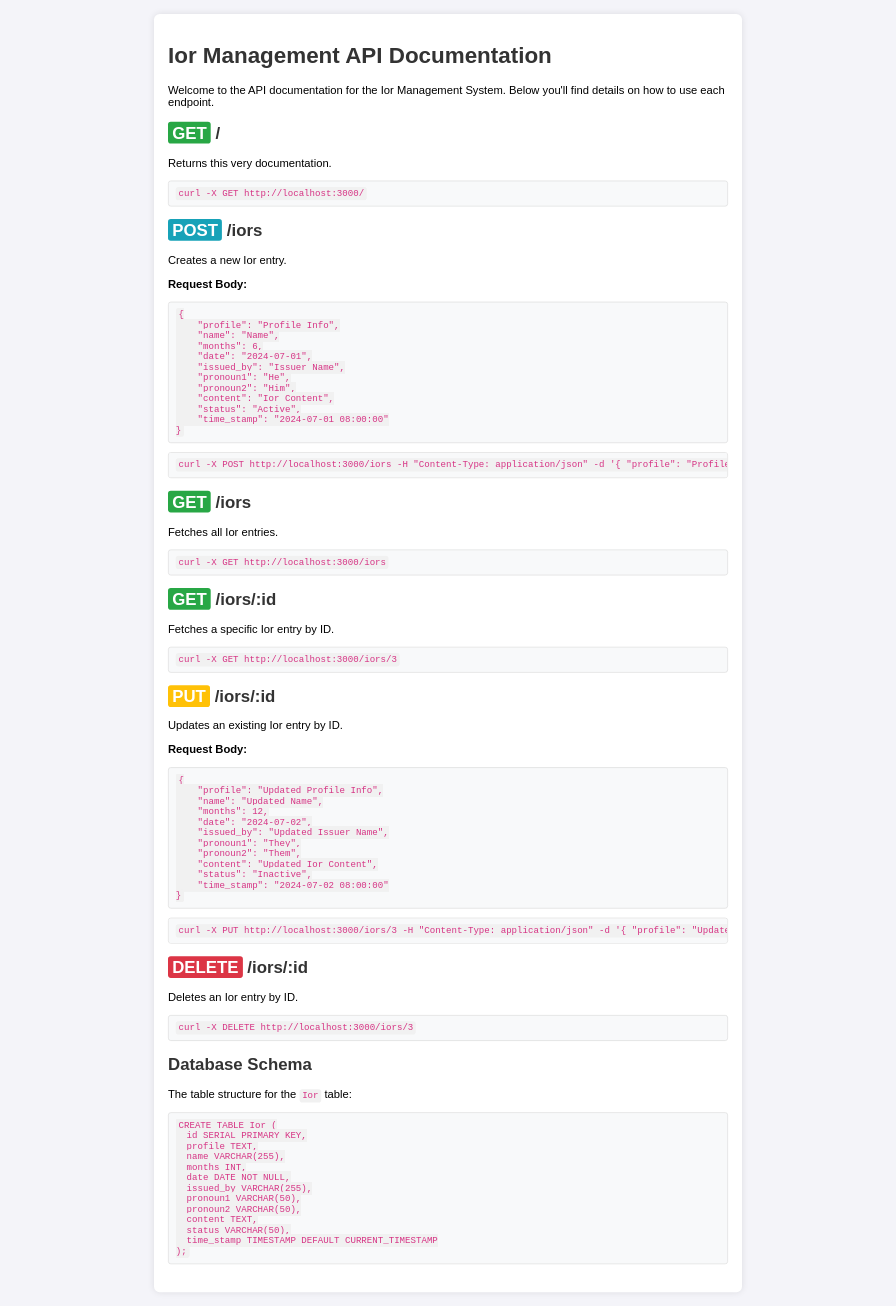
Repository: SpicierEwe/eod_node_express_server
Page: api_documentation/documentation.html
An editor plug-in stored every save of this project. The page is shown before and after the next save, followed by the edit.
The browser window is 1280 px wide. The pictures show the whole page, at 70% of full size.

Above is the page before, as saved 2024-08-02 17:48:08.

After the next save:
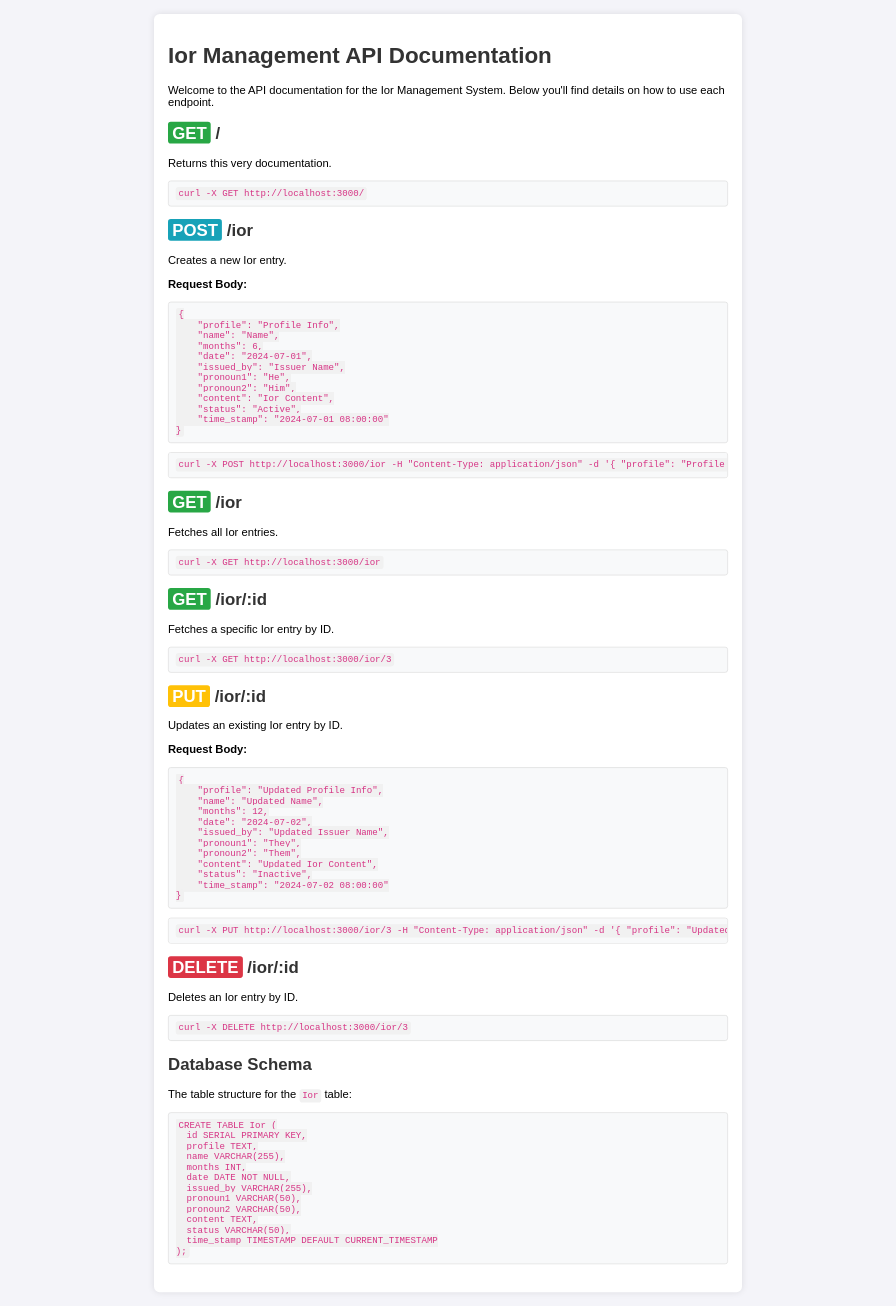
Saved 3 min 58 s later.
--- a/api_documentation/documentation.html
+++ b/api_documentation/documentation.html
@@ -75,7 +75,7 @@
       </div>
 
       <div class="route">
-        <h2><span class="method post">POST</span> /iors</h2>
+        <h2><span class="method post">POST</span> /ior</h2>
         <p>Creates a new Ior entry.</p>
         <p><strong>Request Body:</strong></p>
         <pre><code>{
@@ -90,23 +90,23 @@
     "status": "Active",
     "time_stamp": "2024-07-01 08:00:00"
 }</code></pre>
-        <pre><code>curl -X POST http://localhost:3000/iors -H "Content-Type: application/json" -d '{ "profile": "Profile Info", "name": "Name", "months": 6, "date": "2024-07-01", "issued_by": "Issuer Name", "pronoun1": "He", "pronoun2": "Him", "content": "Ior Content", "status": "Active", "time_stamp": "2024-07-01 08:00:00" }'</code></pre>
+        <pre><code>curl -X POST http://localhost:3000/ior -H "Content-Type: application/json" -d '{ "profile": "Profile Info", "name": "Name", "months": 6, "date": "2024-07-01", "issued_by": "Issuer Name", "pronoun1": "He", "pronoun2": "Him", "content": "Ior Content", "status": "Active", "time_stamp": "2024-07-01 08:00:00" }'</code></pre>
       </div>
 
       <div class="route">
-        <h2><span class="method get">GET</span> /iors</h2>
+        <h2><span class="method get">GET</span> /ior</h2>
         <p>Fetches all Ior entries.</p>
-        <pre><code>curl -X GET http://localhost:3000/iors</code></pre>
+        <pre><code>curl -X GET http://localhost:3000/ior</code></pre>
       </div>
 
       <div class="route">
-        <h2><span class="method get">GET</span> /iors/:id</h2>
+        <h2><span class="method get">GET</span> /ior/:id</h2>
         <p>Fetches a specific Ior entry by ID.</p>
-        <pre><code>curl -X GET http://localhost:3000/iors/3</code></pre>
+        <pre><code>curl -X GET http://localhost:3000/ior/3</code></pre>
       </div>
 
       <div class="route">
-        <h2><span class="method put">PUT</span> /iors/:id</h2>
+        <h2><span class="method put">PUT</span> /ior/:id</h2>
         <p>Updates an existing Ior entry by ID.</p>
         <p><strong>Request Body:</strong></p>
         <pre><code>{
@@ -121,13 +121,13 @@
     "status": "Inactive",
     "time_stamp": "2024-07-02 08:00:00"
 }</code></pre>
-        <pre><code>curl -X PUT http://localhost:3000/iors/3 -H "Content-Type: application/json" -d '{ "profile": "Updated Profile Info", "name": "Updated Name", "months": 12, "date": "2024-07-02", "issued_by": "Updated Issuer Name", "pronoun1": "They", "pronoun2": "Them", "content": "Updated Ior Content", "status": "Inactive", "time_stamp": "2024-07-02 08:00:00" }'</code></pre>
+        <pre><code>curl -X PUT http://localhost:3000/ior/3 -H "Content-Type: application/json" -d '{ "profile": "Updated Profile Info", "name": "Updated Name", "months": 12, "date": "2024-07-02", "issued_by": "Updated Issuer Name", "pronoun1": "They", "pronoun2": "Them", "content": "Updated Ior Content", "status": "Inactive", "time_stamp": "2024-07-02 08:00:00" }'</code></pre>
       </div>
 
       <div class="route">
-        <h2><span class="method delete">DELETE</span> /iors/:id</h2>
+        <h2><span class="method delete">DELETE</span> /ior/:id</h2>
         <p>Deletes an Ior entry by ID.</p>
-        <pre><code>curl -X DELETE http://localhost:3000/iors/3</code></pre>
+        <pre><code>curl -X DELETE http://localhost:3000/ior/3</code></pre>
       </div>
 
       <div class="route">
